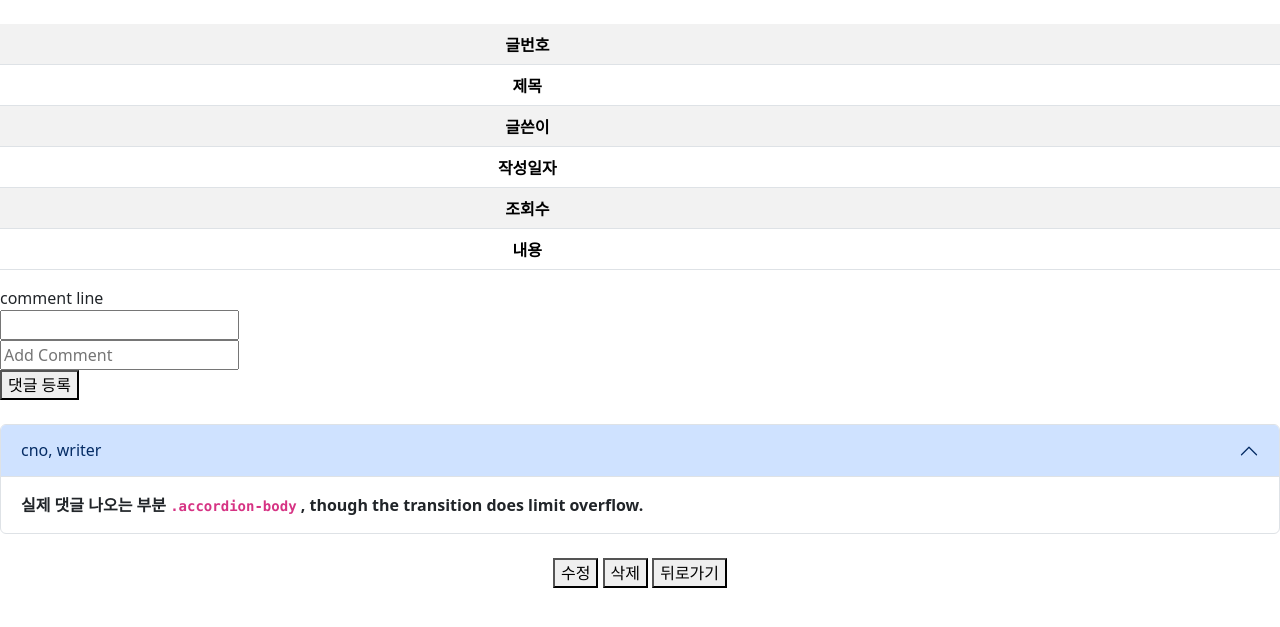
Repository: sujeong1799/JSP
Page: http://localhost/jsp_project/board/detail.jsp
The author's editor kept a copy of each file at every save. The page is drawn from the files as they stood at one save, then again after the next save.
The browser window is 1280 px wide. The pictures show the whole page.
The page is served by Tomcat 9. Other server files are loaded and not shown. The template is opened directly, without the code that normally fills it, so the values that code supplies are empty.

Above is the page before, as saved 2023-05-19 02:18:29.

### jsp_project2/jsp_project/src/main/webapp/board/detail.jsp
<%@ page language="java" contentType="text/html; charset=UTF-8"
	pageEncoding="UTF-8"%>
<link
	href="https://cdn.jsdelivr.net/npm/bootstrap@5.3.0-alpha3/dist/css/bootstrap.min.css"
	rel="stylesheet"
	integrity="sha384-KK94CHFLLe+nY2dmCWGMq91rCGa5gtU4mk92HdvYe+M/SXH301p5ILy+dN9+nJOZ"
	crossorigin="anonymous">
<script
	src="https://cdn.jsdelivr.net/npm/bootstrap@5.3.0-alpha3/dist/js/bootstrap.bundle.min.js"
	integrity="sha384-ENjdO4Dr2bkBIFxQpeoTz1HIcje39Wm4jDKdf19U8gI4ddQ3GYNS7NTKfAdVQSZe"
	crossorigin="anonymous"></script>
<!DOCTYPE html>
<html>
<head>
<meta charset="UTF-8">
<title>detail</title>
</head>
<body>

	<br>
	<table class="table table-striped">
		<tr align="center">
			<th>글번호</th>
			<td>${bvo.bno }</td>
		</tr>
		<tr align="center">
			<th>제목</th>
			<td>${bvo.title }</td>
		</tr>
		<tr align="center">
			<th>글쓴이</th>
			<td>${bvo.writer }</td>
		</tr>
		<tr align="center">
			<th>작성일자</th>
			<td>${bvo.reg_date }</td>
		</tr>
		<tr align="center">
			<th>조회수</th>
			<td>${bvo.count }</td>
		</tr>
		<tr align="center">
			<th>내용</th>
			<td>${bvo.content }</td>
		</tr>
	</table>

	<div>
	comment line<br>
	<!-- 댓글 작성 라인 -->
	<!-- id로 받는 이유는? 무라고요??? name으로 받는거는 컨트롤러로 바로 가려고  -->
	<input type="text" id="cmtWriter" value="${ses.id }" readonly="readonly">
	<br>
	<input type="text" id="cmtText" placeholder="Add Comment">
	<!-- submit으로 보낼거 아니니까 타입 button -->
	<br>
	<button type="button" id="cmtAddbtn">댓글 등록</button>
	</div>
	<br>
	<!-- 댓글 표시 라인 -->

		<div class="accordion" id="accordionExample">
			<div class="accordion-item">
				<h2 class="accordion-header" id="headingOne">
					<button class="accordion-button" type="button"
						data-bs-toggle="collapse" data-bs-target="#collapseOne"
						aria-expanded="true" aria-controls="collapseOne">
						cno, writer
						</button>
				</h2>
				<div id="collapseOne" class="accordion-collapse collapse show"
					aria-labelledby="headingOne" data-bs-parent="#accordionExample">
					<div class="accordion-body">
						<strong>실제 댓글 나오는 부분
						<code>.accordion-body</code>
						, though the transition does limit overflow.
					</div>
				</div>
			</div>
		</div>

	<br>
	<div align="center">
		<a href="/brd/modify?bno=${bvo.bno }"><button type="submit">수정</button></a>
		<a href="/brd/remove?bno=${bvo.bno }"><button type="submit">삭제</button></a>
		<a href="/brd/list"><button>뒤로가기</button></a>
	</div>
</body>
</html>

After the next save:
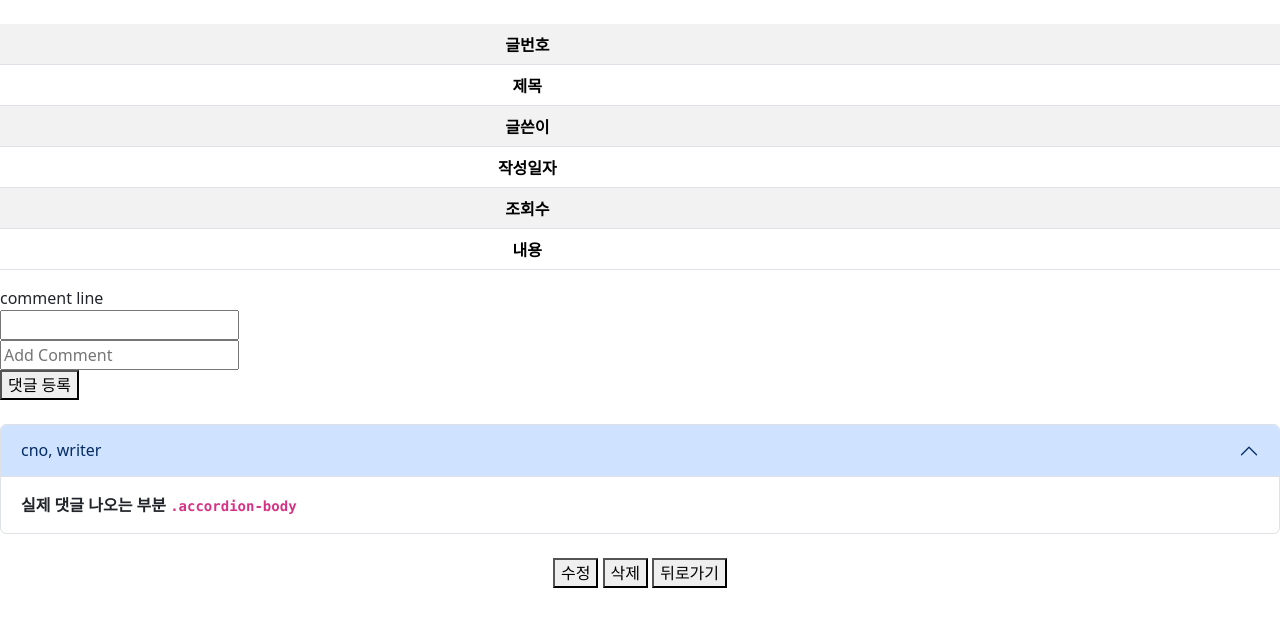
Saved 14 s later.
--- a/jsp_project2/jsp_project/src/main/webapp/board/detail.jsp
+++ b/jsp_project2/jsp_project/src/main/webapp/board/detail.jsp
@@ -73,7 +73,6 @@
 					<div class="accordion-body">
 						<strong>실제 댓글 나오는 부분
 						<code>.accordion-body</code>
-						, though the transition does limit overflow.
 					</div>
 				</div>
 			</div>
